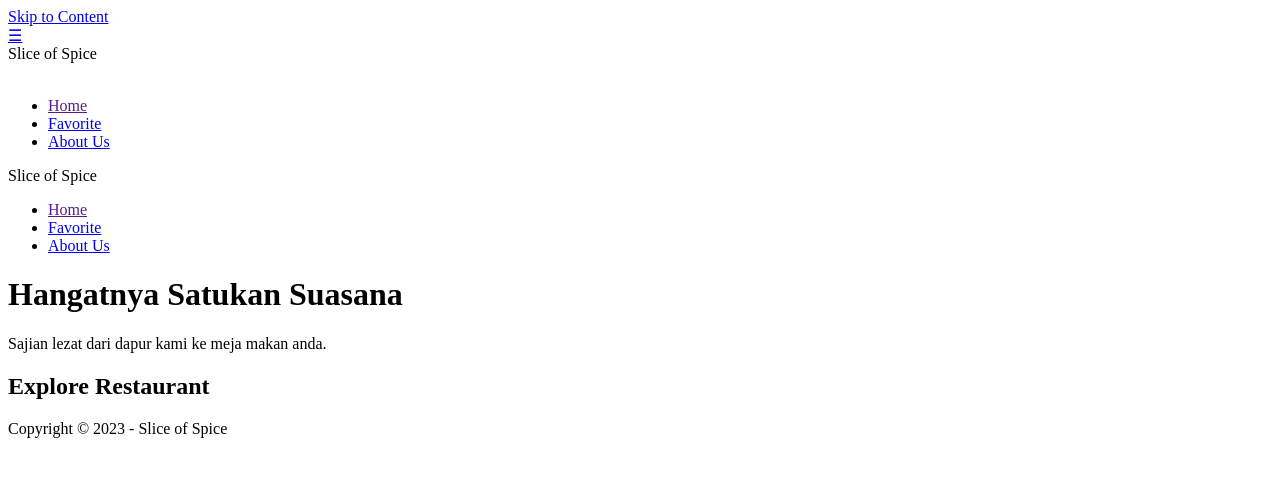
Repository: ismafitriaa/restaurant-apps
Page: src/templates/index.html
The author's editor kept a copy of each file at every save. The page is drawn from the files as they stood at one save, then again after the next save.
The browser window is 1280 px wide. The pictures show the whole page.

Above is the page before, as saved 2023-06-03 04:14:33.

After the next save:
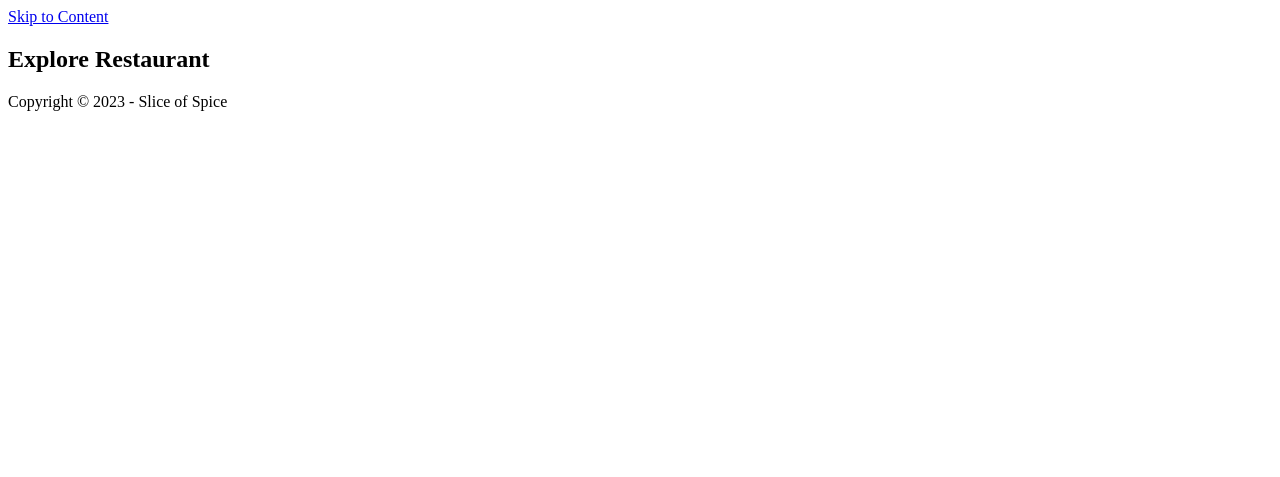
Saved 32 s later.
--- a/src/templates/index.html
+++ b/src/templates/index.html
@@ -18,36 +18,7 @@
 
 <body>
     <a href="#content" class="skip-link">Skip to Content</a>
-    <header>
-        <!--  Navbar Mobile  -->
-        <div class="menu__mobile">
-            <div class="icon__menu" id="menu"><a href="#">&#9776;</a></div>
-            <div class="logo__mobile">Slice of Spice</div>
-            <div class="logo__mobile">&nbsp;</div>
-        </div>
-        <nav id="drawer" class="nav__mobile">
-            <ul class="nav__list__mobile">
-                <li class="nav__item__mobile"><a href="">Home</a></li>
-                <li class="nav__item__mobile"><a href="#">Favorite</a></li>
-                <li class="nav__item__mobile"><a href="https://github.com/ismafitriaa/">About Us</a></li>
-            </ul>
-        </nav>
-        <!--  Navbar Desktop  -->
-        <nav class="nav">
-            <a class="logo">Slice of Spice</a>
-            <ul class="nav__list">
-                <li class="nav__item"><a href="">Home</a></li>
-                <li class="nav__item"><a href="#">Favorite</a></li>
-                <li class="nav__item"><a href="https://github.com/ismafitriaa/">About Us</a></li>
-            </ul>
-        </nav>
-        <div class="hero">
-            <div class="hero__inner">
-                <h1 class="hero__title">Hangatnya Satukan Suasana</h1>
-                <p class="hero__tagline">Sajian lezat dari dapur kami ke meja makan anda.</p>
-            </div>
-        </div>
-    </header>
+
     <main id="content" tabindex="0">
         <section class="content">
             <div class="latest">
